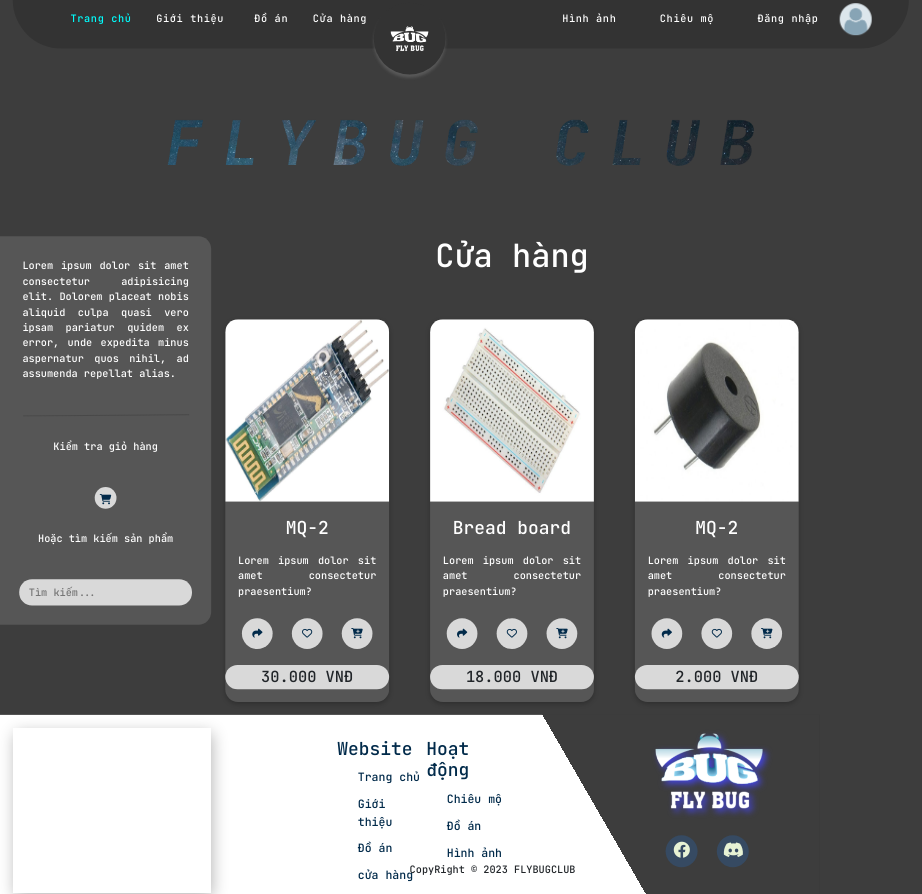
Repository: NQD2308/FlyBugClub_WebApp
Page: PROJECT FLYNUG/html/store.html
An editor plug-in stored every save of this project. The page is shown before and after the next save, followed by the edit.
The browser window is 1280 px wide. The page is 1440 px wide, so the pictures cover 1440 px, including what lies to the right of the window. The pictures show the whole page, at 64% of full size.
Pictures or frames that could not be fetched are drawn as grey boxes.

Above is the page before, as saved 2023-09-18 11:33:18.

### PROJECT FLYNUG/html/store.html
<html lang="en">

<head>
    <meta charset="UTF-8">
    <meta name="viewport" content="width=device-width, initial-scale=1.0">
    <title>Document</title>

    <!-- Bootrap 5 -->
    <link href="https://cdn.jsdelivr.net/npm/bootstrap@5.0.2/dist/css/bootstrap.min.css" rel="stylesheet" integrity="sha384-EVSTQN3/azprG1Anm3QDgpJLIm9Nao0Yz1ztcQTwFspd3yD65VohhpuuCOmLASjC" crossorigin="anonymous">

    <!-- Font awesome -->
    <link rel="stylesheet" href="https://cdnjs.cloudflare.com/ajax/libs/font-awesome/6.4.2/css/all.min.css" integrity="sha512-z3gLpd7yknf1YoNbCzqRKc4qyor8gaKU1qmn+CShxbuBusANI9QpRohGBreCFkKxLhei6S9CQXFEbbKuqLg0DA==" crossorigin="anonymous" referrerpolicy="no-referrer" />

    <!-- CSS -->
    <link rel="stylesheet" href="../css/style.css">
    <!-- Reset -->
    <link rel="stylesheet" href="../css/default_setting.css">

    <!-- JetBrains Mono font -->
    <link rel="preconnect" href="https://fonts.googleapis.com">
    <link rel="preconnect" href="https://fonts.gstatic.com" crossorigin>
    <link
        href="https://fonts.googleapis.com/css2?family=JetBrains+Mono:ital,wght@0,300;0,500;0,600;0,700;0,800;1,400&display=swap"
        rel="stylesheet">
</head>

<body>
    <!-- ========================
                #HEADER
        ========================-->
    <header>
        <div class="nav">
            <div class="nav__links">
                <ul class="nav__links-left">
                    <li><a class="active" href="#">Trang chủ</a></li>
                    <li><a href="#">Giới thiệu</li>
                    <li><a href="#">Đồ án</a></li>
                    <li><a href="#">Cửa hàng</a></li>
                </ul>
            </div>
            <div class="logo">
                <img src="../img/logo.png" alt="FlyBug logo">
            </div>
            <div class="nav__links">
                <ul class="nav__links-right">
                    <li><a href="#">Hình ảnh</a></li>
                    <li><a href="#">Chiêu mộ</a></li>
                    <li class="login"><a href="#">Đăng nhập</a></li>
                    <li class="login-Img">
                        <a href="#"><img src="../img/user.png" alt=""></a>
                    </li>
                </ul>
            </div>
        </div>
        <div class="text-logo">
            <img  src="../img/FLYBUG CLUB.png" alt="Photo logo">
        </div>
    </header>

    <section class="body">
        <div class="container">
            <div class="row">
                <div class="col col-md-3 left">
                    <div class="search">
                        <div class="store-note">
                            <p>Lorem ipsum dolor sit amet consectetur adipisicing elit. Dolorem placeat nobis aliquid culpa quasi vero ipsam pariatur quidem ex error, unde expedita minus aspernatur quos nihil, ad assumenda repellat alias.</p>
                        </div>
                        <div class="center">
                            <svg xmlns="http://www.w3.org/2000/svg" width="261" height="4" viewBox="0 0 261 4" fill="none">
                                <path d="M1 2.96216L260.993 0.99995" stroke="#3D3D3D" stroke-opacity="0.8"/>
                            </svg>
                        </div>
                        <div class="shopping-function">
                            <p>Kiểm tra giỏ hàng</p>
                            <div class="center ">
                                <button class="icon-shopping">
                                    <a href="#">
                                        <i class="fa-solid fa-cart-shopping"></i>
                                    </a>
                                </button>
                            </div>
                            <p>Hoặc tìm kiếm sản phẩm</p>
                            <div class="center">
                                <input type="text" placeholder="Tìm kiếm...">
                            </div>
                        </div>
                    </div>
                </div>
                <div class="col col-md-9 right">
                    <div class="store">
                        <h1>Cửa hàng</h1>
                        <div class="item-store">
                            <div class="row">
                                <div class="col col-md-4">
                                    <div class="item-card">
                                        <img src="../img/bluth.jpg" alt="Photo item store">
                                        <h3>MQ-2</h3>
                                        <p>Lorem ipsum dolor sit amet consectetur praesentium?</p>
                                        <div class="center icon-card">
                                            <button class="icon icon-share">
                                                <a href="#">
                                                    <i class="fa-solid fa-share"></i>
                                                </a>
                                            </button>
                                            <button class="icon icon-love">
                                                <a href="#">
                                                    <i class="fa-regular fa-heart"></i>
                                                </a>
                                            </button>
                                            <button class="icon icon-share">
                                                <a href="#">
                                                    <i class="fa-solid fa-cart-plus"></i>
                                                </a>
                                            </button>
                                        </div>
                                        <div class="center item-price">
                                            <h2>30.000 VNĐ</h2>
                                        </div>
                                    </div>
                                </div>
                                <div class="col col-md-4">
                                    <div class="item-card">
                                        <img src="../img/breadboard.jpg" alt="Photo item store">
                                        <h3>Bread board</h3>
                                        <p>Lorem ipsum dolor sit amet consectetur praesentium?</p>
                                        <div class="center icon-card">
                                            <button class="icon icon-share">
                                                <a href="#">
                                                    <i class="fa-solid fa-share"></i>
                                                </a>
                                            </button>
                                            <button class="icon icon-love">
                                                <a href="#">
                                                    <i class="fa-regular fa-heart"></i>
                                                </a>
                                            </button>
                                            <button class="icon icon-share">
                                                <a href="#">
                                                    <i class="fa-solid fa-cart-plus"></i>
                                                </a>
                                            </button>
                                        </div>
                                        <div class="center item-price">
                                            <h2>18.000 VNĐ</h2>
                                        </div>
                                    </div>
                                </div>
                                <div class="col col-md-4">
                                    <div class="item-card">
                                        <img src="../img/buzzer.jpg" alt="Photo item store">
                                        <h3>MQ-2</h3>
                                        <p>Lorem ipsum dolor sit amet consectetur praesentium?</p>
                                        <div class="center icon-card">
                                            <button class="icon icon-share">
                                                <a href="#">
                                                    <i class="fa-solid fa-share"></i>
                                                </a>
                                            </button>
                                            <button class="icon icon-love">
                                                <a href="#">
                                                    <i class="fa-regular fa-heart"></i>
                                                </a>
                                            </button>
                                            <button class="icon icon-share">
                                                <a href="#">
                                                    <i class="fa-solid fa-cart-plus"></i>
                                                </a>
                                            </button>
                                        </div>
                                        <div class="center item-price">
                                            <h2>2.000 VNĐ</h2>
                                        </div>
                                    </div>
                                </div>

                            </div>
                        </div>
                    </div>
                </div>
            </div>
        </div>
    </section>

 <!-- ========================
                #FOOTER
        ========================-->
    <footer class="footer">
        <div class="footer-left">
            <iframe class="ggmap" src="https://www.google.com/maps/embed?pb=!1m18!1m12!1m3!1d15678.190787267133!2d106.64595238715819!3d10.769299600000005!2m3!1f0!2f0!3f0!3m2!1i1024!2i768!4f13.1!3m3!1m2!1s0x31752f7c8bf050ff%3A0x4fa87595d124cc0c!2zVHLGsOG7nW5nIMSQ4bqhaSBo4buNYyBIb2EgU2VuIC0gQ8ahIHPhu58gVGjDoG5oIFRow6Fp!5e0!3m2!1svi!2s!4v1691345035899!5m2!1svi!2s" width="500" height="250" style="border:1;" allowfullscreen="" loading="lazy" referrerpolicy="no-referrer-when-downgrade"></iframe>
        </div>
        <ul class="footer-center">
            <li>
                <h3>Website</h3>

                <ul class="box">
                    <li><a href="#">Trang chủ</a></li>
                    <li><a href="#">Giới thiệu</a></li>
                    <li><a href="#">Đồ án</a></li>
                    <li><a href="#">cửa hàng</a></li>
                </ul>
            </li>
            <li>
                <h3>Hoạt động</h3>

                <ul class="box">
                    <li><a href="#">Chiêu mộ</a></li>
                    <li><a href="#">Đồ án</a></li>
                    <li><a href="#">Hình ảnh</a></li>
                </ul>
            </li>
        </ul>
        <div class="footer-right">
            <div class="img-logo">
                <img src="../img/flybug.png" alt="">
            </div>
            <div class="socials">
                <a href="#"><i class="fa-brands fa-facebook"></i></a>
                <a href="#"><i class="fa-brands fa-discord"></i></a>
            </div>
        </div>

        <div class="footer-bottom">
            <p>CopyRight &copy; 2023 FLYBUGCLUB</p>
        </div>
    </footer>

</body>

</html>

### PROJECT FLYNUG/css/style.css
li,
a,
button {
    list-style: none;
    font-family: 'JetBrains Mono', monospace;
    font-size: 16px;
    text-decoration: none;
    color: #fff;
    cursor: url(../img/bug-icon.png) 5 5, auto !important;
}
body {
    cursor: url(../img/bug-icon.png) 5 5, auto !important;
}
a {
    cursor: url(../img/bug-icon.png) 5 5, auto;
}
body {
    background-color: #3d3d3d;
}

/* =========================
        #HEADER
    =========================*/
header {
    /* position: fixed; */
    width: 1440px;
    /* height: 80px; */
    /* border-bottom: 1px solid #00000026; */




    /* backdrop-filter: blur(20px); */
}

header .nav {
    width: 1400px;
    margin: 0 auto;
    max-width: 100%;
    background: #333;
    border-radius: 0px 0px 80px 80px;
    display: flex;
    justify-content: space-between;
    align-items: center;
    padding: 0 3%;
    top: 0%;
    z-index: 10;
    box-shadow: rgba(0, 0, 0, 0.3) 2.72076px ;
    /* border: 1px solid red; */
}

header .nav ul {
    display: flex;
    align-items: center;
}

header .nav ul li {
    margin: 5px 15px;
    letter-spacing: 1px;
}

header .nav .logo {
    /* border: 1px solid red; */
    width: 7rem;
    height: 7rem;
    position: absolute;
    left: 50%;
    transform: translate(-50%, 20%);
    background-color: #333;
    overflow: hidden;
    border-radius: 100%;
    box-shadow: 0 5px 5px rgba(204, 204, 204, .2);
}

header .logo img {
    width: 100%;
    height: 100%;
    object-fit: cover;
}

header .nav__links {
    width: 40%;
    height: 100%;
}
header .nav__links ul li a{
    transition: .3s ease;
}
header .nav__links ul > li:hover a{
    color: aqua;
}
header .nav__links-left,
header .nav__links-right {
    justify-content: space-between;
}

.active {
    color: aqua;
}

.nav__links-right li:last-child {
    width: 50px;
    height: 50px;
}

header .nav__links-right {
    margin-left: -20px;
}

header .nav__links-right .login-img {
    margin-left: -20px;
}

header .text-logo{
    display: flex;
    justify-content: center;
    width: 1440px;
    background-color: #3d3d3d;
    /* border: 1px solid white; */
    padding: 110px 0;
}

/* ================================ */
/* ============= BODY ============= */
/* ================================ */

/*  @############ LEFT ############@ */

section.body .container{
    max-width: 1440px;
}
section.body .left{
    padding-left: 0;
}

section.body .search{
    width: 330px;
    background-color: #565656;
    border-radius: 0 20px 20px 0;
    position: relative;
    left: 0;
}

.body .search store-note{
    display: flex;
    justify-content: center;
}

.body .search p{
    color: #FFF;
    text-align: justify;
    padding: 35px;
}

.body .search .shopping-function p{
    text-align: center;
}

.body .search .shopping-function button.icon-shopping{
    width: 34px;
    height: 34px;
    border-radius: 50%;
    background-color: #D9D9D9;
    border: none;
}

.body .search .shopping-function .icon-shopping i{
    display: flex;
    justify-content: center;
    width: 24px;
    color: #012A4A;
    transition: all .25s ease-in;
    /* border: 1px solid orange; */
    border-radius: 50%;
    padding: 10px 16px 6px 17px;
}

.body .search .shopping-function button.icon-shopping:hover i{
    color: orange;
    transition: all .25s ease-in;
}

.body .search .shopping-function input{
    width: 270px;
    padding: 10px 15px;
    border-radius: 20px;
    border: none;
    background-color: #D9D9D9;
    margin-bottom: 30px;
}

/*  @############ RIGHT ############@ */

.body .right .store h1{
    color: white;
    text-align: center;
    font-size: 50px;
    margin-bottom: 50px;
}

.body .right .store .item-card{
   background-color: #565656;
    /* border: white 1px solid; */
    border-radius: 20px;
    margin: 20px;
    box-shadow: rgba(0, 0, 0, 0.24) 0px 3px 8px;
}

.body .right .store img {
    height: 285px;
    background-size: cover;
    background-position: center;
    background-attachment: fixed;
    border-radius: 20px 20px 0 0;
}

.body .right .store h3{
    margin: 23px 0;
    text-align: center;
    color: white;
}

.body .right .store p{
    color: white;
    text-align: justify;
    padding: 0 20px;
    font-size: 16px;
    margin: 15px 0;
}

.body .right .store .icon-card{
    margin: 10px 0;
}

.body .right .store .icon-card .icon{
    width: 48px;
    height: 48px;
    border: none;
    margin: 15px;
    background-color: #D9D9D9;
    border-radius: 50%;
}

.body .right .store .icon-card .icon i{
    /* border: orange 1px solid; */
    color: #012A4A;
    padding: 15px;
    border-radius: 50%;
    transition: all .25s ease-in;
}

.body .right .store .icon-card .icon :hover i{
    /* border: orange 1px solid; */
    rotate: 360deg;
    transition: all .25s ease-in;
}

.body .right .store .item-card .item-price h2{
    width: 270px;
    padding: 5px 20px;
    margin-bottom: 20px;
    font-size: 24px;
    background-color: #D9D9D9;
    border: none;
    border-radius: 20px;
    text-align: center;

}

/* =========================
        #FOOTER
         background-image: linear-gradient(60deg, white 70%, #3d3d3d 25%);
    =========================*/
footer {
    /* width: 100%; */
    position: relative;
    height: 280px;
    background-color: #333;
    background-image: linear-gradient(60deg, white 70%, #3d3d3d 25%);

    display: flex;
    flex-flow: row wrap;
    justify-content: space-between;
    padding: 20px;
    overflow: hidden;
}

.footer>* {
    width: calc(100% / 4);
}

.footer ul li,
.footer ul li a {
    color: #012A4A;
    font-size: 18px;
}

.footer-left {
    margin-right: 1.25em;
    margin-bottom: 2em;
    box-shadow: rgba(0, 0, 0, 0.3) 2.72076px 8px 24px;
}

.footer-left iframe {
    border-radius: 5px;
}

.footer-center {
    display: flex;
    flex-flow: row wrap;
    justify-content: space-between;
}

.footer-center>* {
    width: calc(100% / 2);
}

.footer-center li {
    margin: 15px 0;
}

.footer-center .box li a {
    transition: .3s ease;
}

.footer-center .box>li:hover a {
    margin-left: 10px;
    color: #4444dd;
    font-weight: bold;
}

.footer-right {
    height: 100%;
    margin: -10px 0;
    display: flex;
    align-items: center;
    flex-flow: row wrap;
    justify-content: center;
}

.footer-right .img-logo {
    width: 100%;
    display: flex;
    justify-content: center;
}

.footer-right img {
    width: 60%;
    filter: drop-shadow(5px 5px 5px #4444dd);
}

.socials a {
    background: #364a62;
    width: 50px;
    height: 50px;
    display: inline-block;
    text-align: center;
    margin: 0 10px;
    border-radius: 100%;
    transition: 0.4s ease;
}

.socials a i {
    color: #e7f2d4;
    padding: 10px;
    font-size: 26px;
}

.socials>a:first-child:hover {
    background-color: #4267B2;
    transform: rotate(1turn);
}

.socials>a:last-child:hover {
    background-color: #7289da;
    transform: rotate(1turn);
}

.footer-bottom {
    position: absolute;
    bottom: 10;
    left: 50%;
}


.main  {
    height: 100vh;
}

### PROJECT FLYNUG/css/default_setting.css
html {
  max-width: 1440px;
  margin: auto;
	line-height: 1.5;
	box-sizing: border-box;
	scroll-behavior: smooth;
  }
  * {
	margin: 0;
	padding: 0;
  font-family: 'JetBrains Mono', monospace;
  }
  *,
  *:before,
  *:after {
	box-sizing: border-box;
  }
  input,
  textarea,
  select,
  button {
	outline: none;
	font: inherit;
  }
  input {
	line-height: normal;
  }
  label,
  button {
	cursor: pointer;
	user-select: none !important;
  }
  ul {
	list-style: none;
  }
  a {
	text-decoration: none;
  }
  img,
  picture,
  video,
  canvas,
  svg {
	display: block;
	max-width: 100%;
	user-select: none !important;
  }

  p,
  h1,
  h2,
  h3,
  h4,
  h5,
  h6 {
	overflow-wrap: break-word;
  }

  /* Mobie: width < 740px */
  @media only screen and (max-width: 46.1875em) {
    input[type="color"],
    input[type="date"],
    input[type="datetime"],
    input[type="datetime-local"],
    input[type="email"],
    input[type="month"],
    input[type="number"],
    input[type="password"],
    input[type="search"],
    input[type="tel"],
    input[type="text"],
    input[type="time"],
    input[type="url"],
    input[type="week"],
    select:focus,
    textarea {
      font-size: 16px;
    }
  }

  .center{
    display: flex;
    justify-content: center;
  }

After the next save:
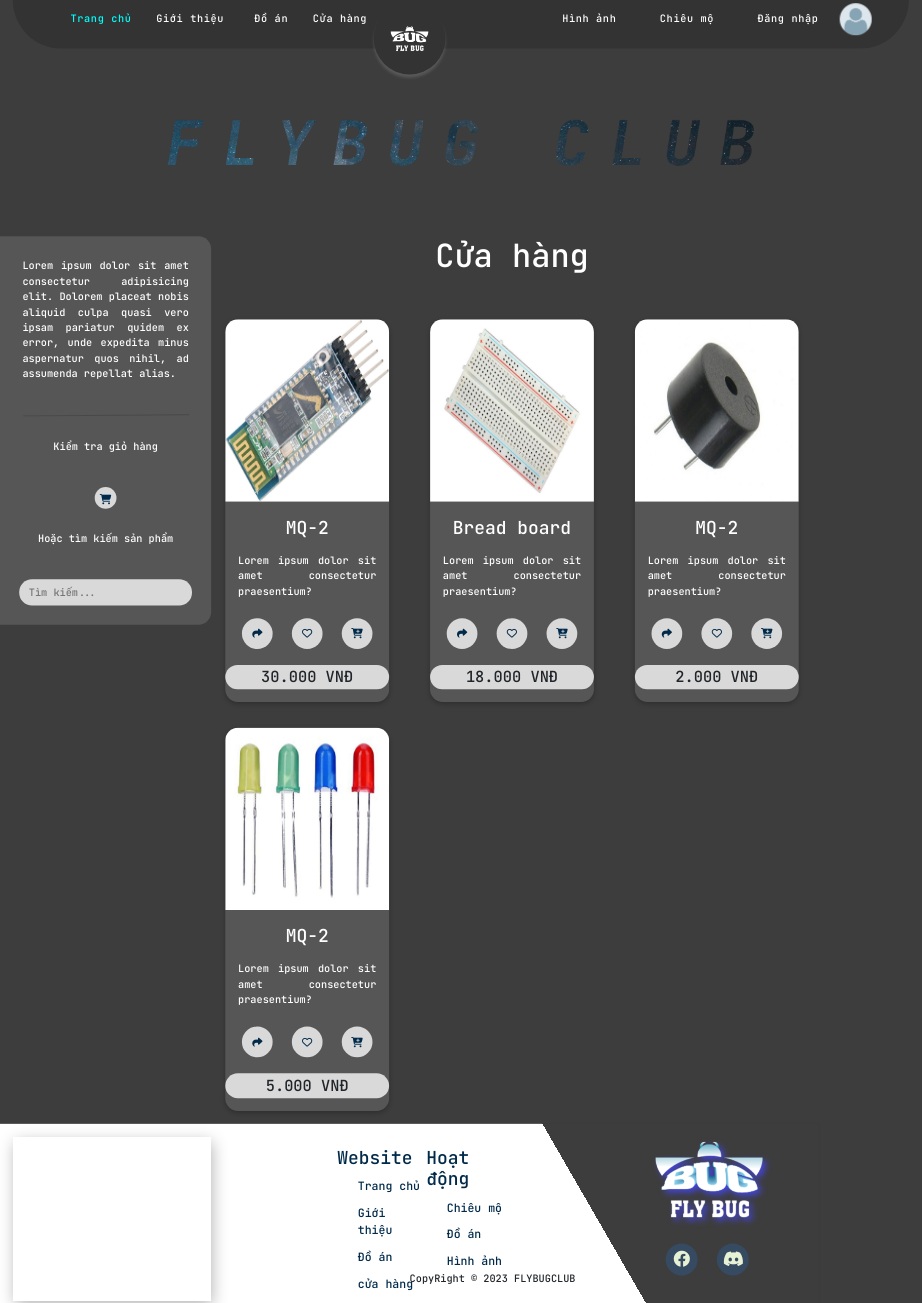
Saved 52 s later.
--- a/PROJECT FLYNUG/html/store.html
+++ b/PROJECT FLYNUG/html/store.html
@@ -172,7 +172,33 @@
                                         </div>
                                     </div>
                                 </div>
-
+                                <div class="col col-md-4">
+                                    <div class="item-card">
+                                        <img src="../img/led.jpg" alt="Photo item store">
+                                        <h3>MQ-2</h3>
+                                        <p>Lorem ipsum dolor sit amet consectetur praesentium?</p>
+                                        <div class="center icon-card">
+                                            <button class="icon icon-share">
+                                                <a href="#">
+                                                    <i class="fa-solid fa-share"></i>
+                                                </a>
+                                            </button>
+                                            <button class="icon icon-love">
+                                                <a href="#">
+                                                    <i class="fa-regular fa-heart"></i>
+                                                </a>
+                                            </button>
+                                            <button class="icon icon-share">
+                                                <a href="#">
+                                                    <i class="fa-solid fa-cart-plus"></i>
+                                                </a>
+                                            </button>
+                                        </div>
+                                        <div class="center item-price">
+                                            <h2>5.000 VNĐ</h2>
+                                        </div>
+                                    </div>
+                                </div>
                             </div>
                         </div>
                     </div>
